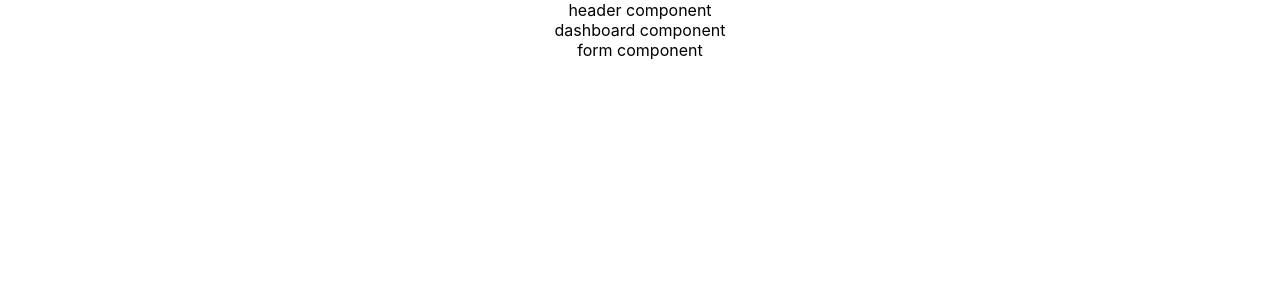
Repository: ooter37/shelfie
Page: /
These files come from the project's save history. The page is drawn as it stood at one moment and after the next save; the edit follows.
The browser window is 1280 px wide. The pictures show the whole page.
The project was rebuilt for these pictures with package versions that can differ from the ones it lists, and the page was loaded fresh each time.

Above is the page before, as saved 2020-04-03 09:27:55.

After the next save:
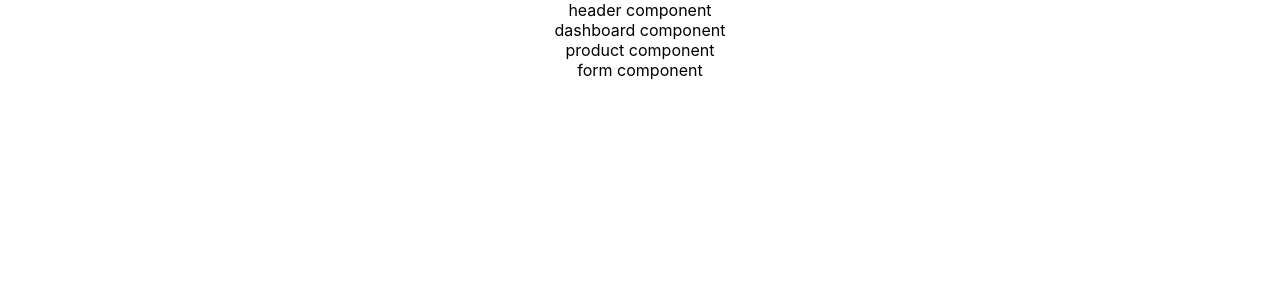
Saved 19 s later.
--- a/src/App.js
+++ b/src/App.js
@@ -11,8 +11,8 @@
     <div className="App">
       <Header/>
       <Dashboard>
+      </Dashboard>
         <Product/>
-      </Dashboard>
       <Form/>
     </div>
   );

After the save that followed:
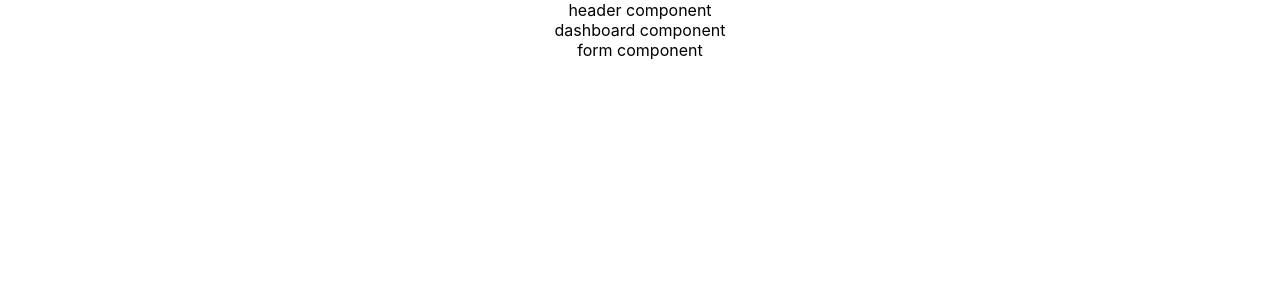
Saved 4 s later.
--- a/src/App.js
+++ b/src/App.js
@@ -11,8 +11,8 @@
     <div className="App">
       <Header/>
       <Dashboard>
+        <Product/>
       </Dashboard>
-        <Product/>
       <Form/>
     </div>
   );
